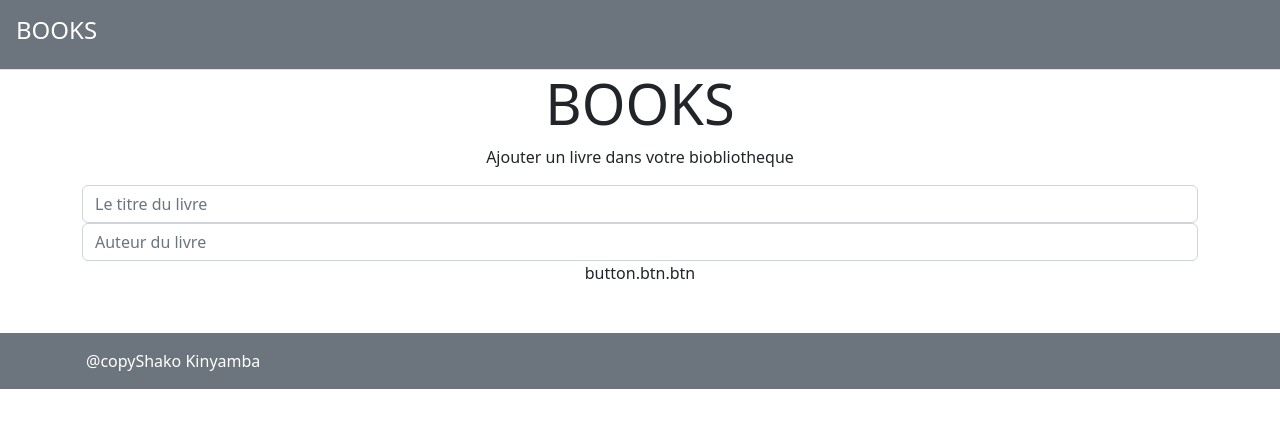
Repository: SKB-TECH/Books
Page: /
These files come from the project's save history. The page is drawn as it stood at one moment and after the next save; the edit follows.
The browser window is 1280 px wide. The pictures show the whole page.
The project was rebuilt for these pictures with package versions that can differ from the ones it lists, and the page was loaded fresh each time. Also part of the build but not shown: vite.config.js.

Above is the page before, as saved 2022-11-09 15:47:30.

### src/main.jsx
import React from 'react'
import ReactDOM from 'react-dom/client'
import App from './App'
import 'bootstrap/dist/css/bootstrap.min.css'

ReactDOM.createRoot(document.getElementById('root')).render(
  <React.StrictMode>
    <App />
  </React.StrictMode>
)

### src/App.jsx
import React from 'react';
import Footer from './components/Footer';
import Navbar from './components/Navbar';
import AddBooks from './Containers/AddBooks'
const App = () => {
  return (
    <div className='App'>
      <Navbar />
      <AddBooks />
      <Footer />
    </div>
  );
};

export default App;

### src/components/Footer.jsx
import React from 'react';

const Footer = () => {
    return (
        <footer className='footer text-white bg-secondary mt-5'>
            <div className='container p-3'>
                <span>
                    @copyShako Kinyamba
                </span>
            </div>
        </footer>
    );
};

export default Footer;

### src/components/Navbar.jsx
import React from 'react';

const Navbar = () => {
    return (
        <header>
            <div className='d-flex flex-column flex-md-row p-3 border-bottom bg-secondary text-white'>
                <h4 className='mr-md-auto'>
                    <a href="/" className='text-decoration-none text-white'>BOOKS</a>
                </h4>
            </div>
            {/* Menu principl */}
        </header>
    );
};

export default Navbar;

### src/Containers/AddBooks.jsx
import React from 'react';

const AddBooks = () => {
    return (
        <main role="main">
            <div className='jumbotron jumbotron-fluid'>
                <div className='container text-center'>
                    <h1 className='display-4'>
                        BOOKS
                    </h1>
                    <p>
                        Ajouter un livre dans votre biobliotheque
                    </p>

                    <form action="" className='form-inline justify-content-center'>
                        <div className='form-group'>
                            <input type="text"
                                className='form-control'
                                placeholder='Le titre du livre'
                                required
                            />
                        </div>
                        <div className='form-group'>
                            <input type="text"
                                className='form-control ml-3'
                                placeholder='Auteur du livre'
                                required
                            />
                        </div>
                        <div className="form-group">
                            button.btn.btn
                        </div>
                    </form>
                </div>
            </div>
        </main>
    );
};

export default AddBooks;

Loaded but not shown: index.html (common file)

After the next save:
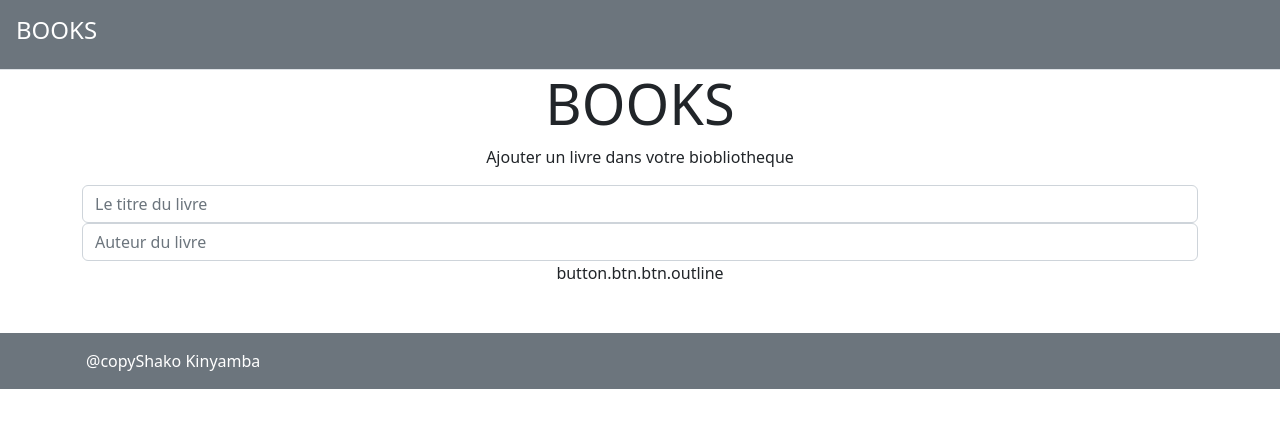
Saved 4 s later.
--- a/src/Containers/AddBooks.jsx
+++ b/src/Containers/AddBooks.jsx
@@ -28,7 +28,7 @@ const AddBooks = () => {
                             />
                         </div>
                         <div className="form-group">
-                            button.btn.btn
+                            button.btn.btn.outline
                         </div>
                     </form>
                 </div>
